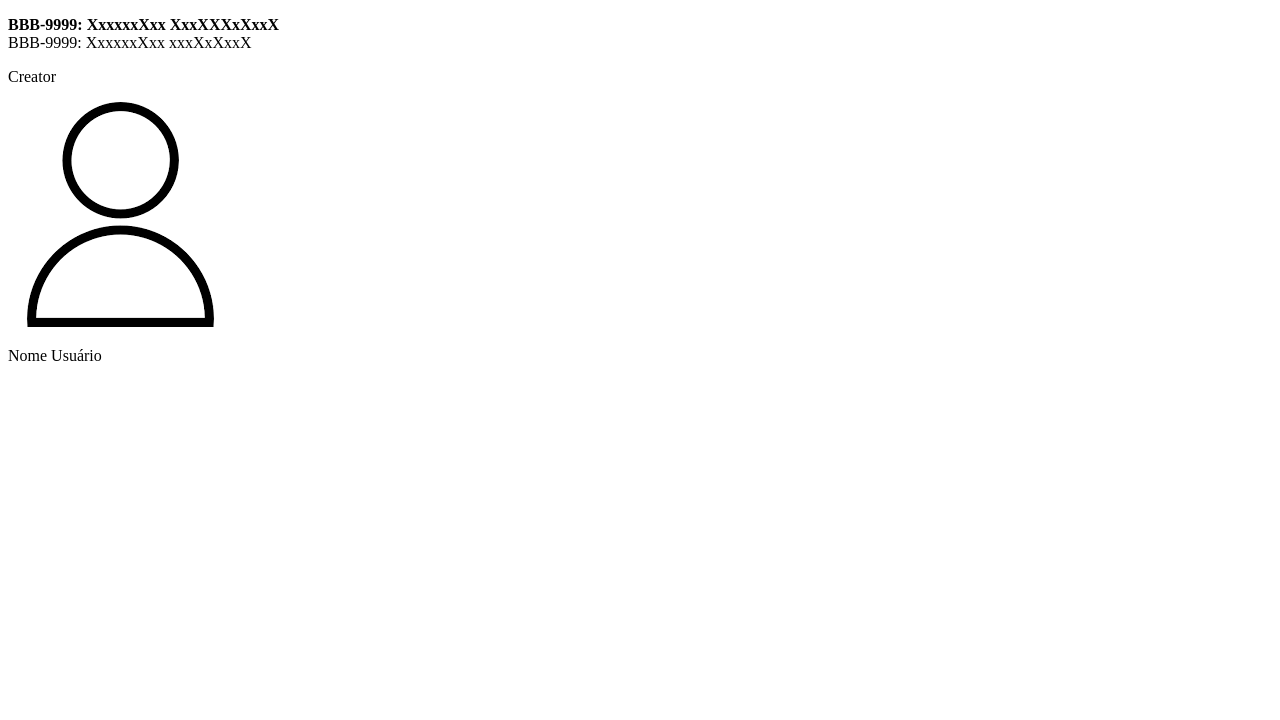
Repository: AnaBerlanda/PaginaFer
Page: index.html
An editor plug-in stored every save of this project. The page is shown before and after the next save, followed by the edit.
The browser window is 1280 px wide. The pictures show the whole page.

Above is the page before, as saved 2022-05-20 15:19:42.

### index.html
<!DOCTYPE html>
<html lang="en">
<head>
    <meta charset="UTF-8">
    <meta http-equiv="X-UA-Compatible" content="IE=edge">
    <meta name="viewport" content="width=device-width, initial-scale=1.0">
    <title>Release</title>
</head>
<body>
    <p>
        <strong>BBB-9999: XxxxxxXxx XxxXXXxXxxX</strong><br>
        BBB-9999: XxxxxxXxx xxxXxXxxX
    </p>
    <div class="container">
        <div class="textos">
        <p class="creator">Creator</p>
        </div>
        <div class="imagem">
            <img src="imagem/Icone-usuario-Png-1024x1024.png">
        </div>
        <div class="nome-usuario">
            <p>Nome Usuário</p>
        </div>

    </div>












</body>
</html>

Loaded but not shown: index.css (no stored copy; drawn as an empty file)

After the next save:
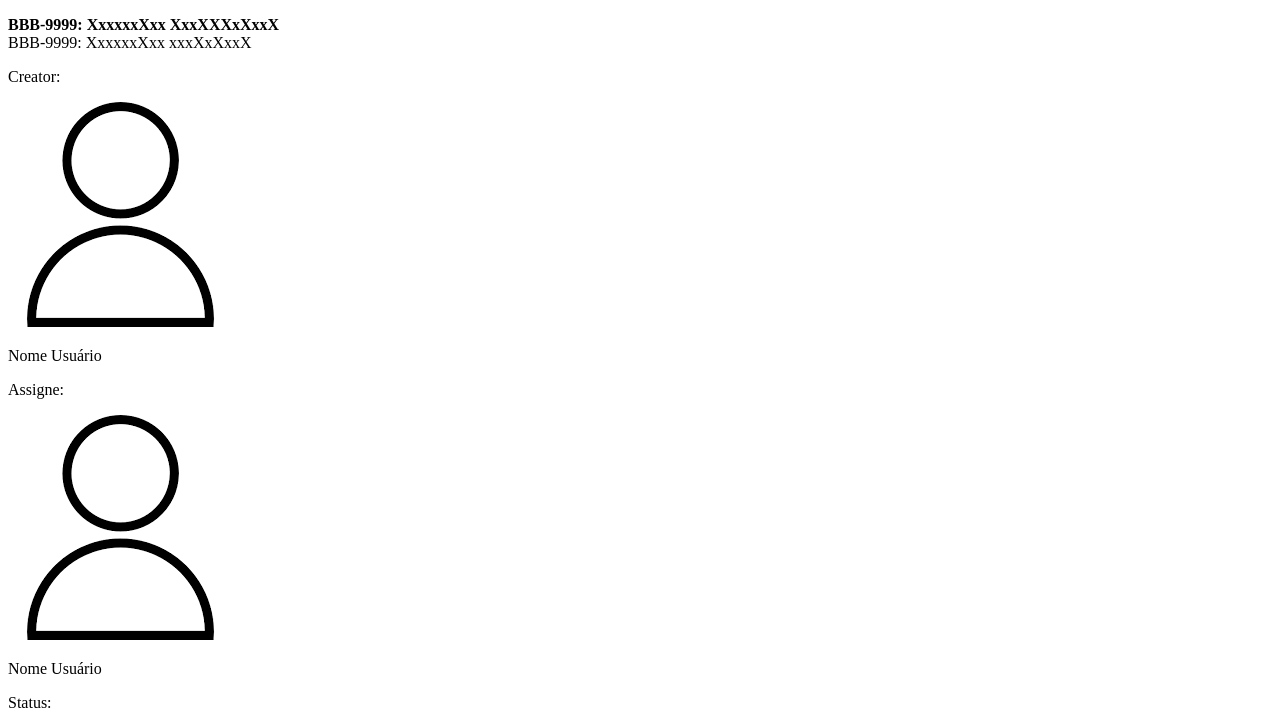
Saved 27 s later.
--- a/index.html
+++ b/index.html
@@ -4,6 +4,7 @@
     <meta charset="UTF-8">
     <meta http-equiv="X-UA-Compatible" content="IE=edge">
     <meta name="viewport" content="width=device-width, initial-scale=1.0">
+    <link type="text/css" rel="stylesheet" href="index.css">
     <title>Release</title>
 </head>
 <body>
@@ -13,14 +14,27 @@
     </p>
     <div class="container">
         <div class="textos">
-        <p class="creator">Creator</p>
+        <p class="sub-titulos">Creator:</p>
         </div>
         <div class="imagem">
             <img src="imagem/Icone-usuario-Png-1024x1024.png">
         </div>
         <div class="nome-usuario">
-            <p>Nome Usuário</p>
+            <p>Nome Usuário
         </div>
+        <div class="textos">
+            <p class="sub-titulos">Assigne:</p>
+        </div>
+            <div class="imagem">
+                <img src="imagem/Icone-usuario-Png-1024x1024.png">
+            </div>
+            <div class="nome-usuario">
+                <p>Nome Usuário
+            </div>
+        <div class="textos">
+            <p class="sub-titulos">Status:</p>
+        </div>
+
 
     </div>
 
